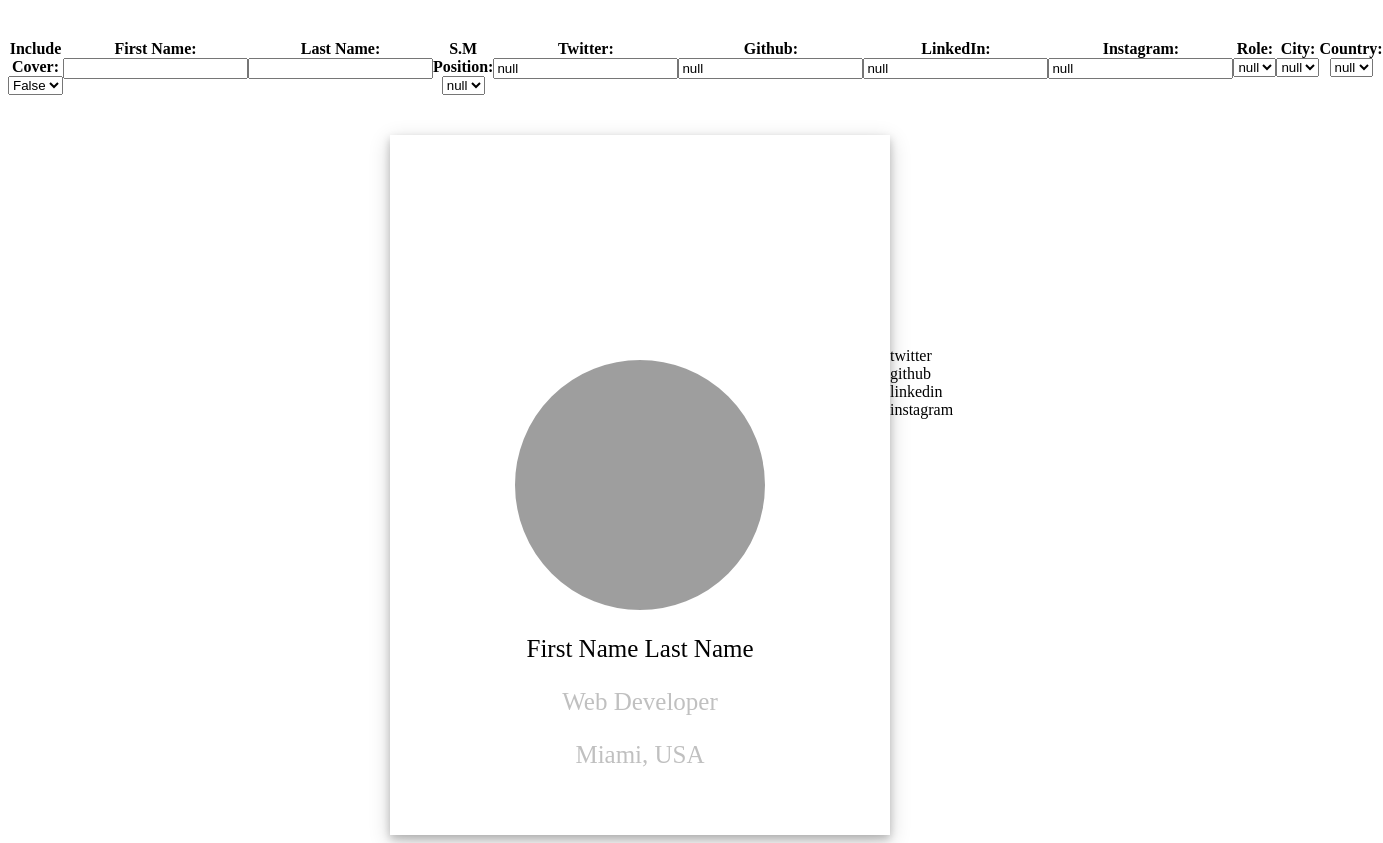
Repository: DJaye33/conditional-profile-card
Page: index.html
The author's editor kept a record of every edit. The page is drawn from the files as they stood at one moment, then again after the next edit.
The browser window is 1280 px wide. The page is 1383 px wide, so the pictures cover 1383 px, including what lies to the right of the window. The pictures show the whole page.
Pictures or frames that could not be fetched are drawn as grey boxes. Some web libraries are served in a nearby version.

Above is the page before.
Console error: TypeError: Cannot read properties of null (reading 'addEventListener')

### index.html
<!DOCTYPE html>
<html lang="en">

<head>
    <meta charset="UTF-8">
    <meta name="viewport" content="width=device-width, initial-scale=1.0">
    <meta http-equiv="X-UA-Compatible" content="ie=edge">
    <title>Conditional Profile Card</title>
    <script src="https://kit.fontawesome.com/d239cac0a2.js" crossorigin="anonymous"></script>
    <link rel="stylesheet" href="profileCard.css" type="text/css" />
</head>

<body>
    <div id='container'>

        <label for='cover-input'>
            Include Cover:
            <br />
            <select id='include-cover'>
                <option value='false'>False</option>
                <option value='true'>True</option>
            </select>
        </label>

        <label for='first-name'>
            First Name:
            <br />
            <input id='firstName' type='text' />
        </label>

        <label id='lastName' for='last-name'>
           Last Name:
            <br />
            <input type='text' />
        </label>

        <label for='cover-input'>
            S.M Position:
            <br />
            <select>
                <option>null</option>
            </select>
        </label>

        <label for='twitter'>
           Twitter:
            <br />
            <input value='null' type='text' />
        </label>

        <label for='Github'>
           Github:
            <br />
            <input value='null' type='text' />
        </label>

        <label for='LinkedIn'>
           LinkedIn:
            <br />
            <input value='null' type='text' />
        </label>

        <label for='Instagram'>
           Instagram:
            <br />
            <input value='null' type='text' />
        </label>

        <label for='role'>
            Role:
            <br />
            <select>
                <option>null</option>
            </select>
        </label>

        <label for='city'>
            City:
            <br />
            <select>
                <option>null</option>
            </select>
        </label>

        <label for='country'>
            Country:
            <br />
            <select>
                <option>null</option>
            </select>
        </label>
    </div>

    <div id='card-body'>
        <div id='user-image'>
        </div>
        <section id='upper-half'></section>
        <section id='lower-half'>
            <div id='text-block'>
                <span id='firstNameEl'>First Name</span>
                <span id='lastNameEl'>Last Name</span>
                <p class='mute-text'>Web Developer</p>
                <p class='mute-text'>Miami, USA</p>
            </div>
            <ul>
                <li>twitter</li>
                <li>github</li>
                <li>linkedin</li>
                <li>instagram</li>
            </ul>

    </div>

    </section>
    </div>

    <script src='profileCard.js'></script>
</body>

</html>

### profileCard.css
#container {
    display: flex;
    justify-content: space-around;
    margin-top: 40px;
    margin-bottom: 40px;
}

label {
    font-weight: bold;
    text-align: center;
}



#card-body {
    position: relative;
    background: white;
    margin: 0 auto;
    width: 500px;
    height: 700px;
    /*border-radius: 20px;*/
    box-shadow: 0 4px 8px 0 rgba(0, 0, 0, 0.2), 0 6px 20px 0 rgba(0, 0, 0, 0.19);
}

#user-image {
    background: url('https://images.unsplash.com/photo-1535713875002-d1d0cf377fde?ixlib=rb-1.2.1&ixid=eyJhcHBfaWQiOjEyMDd9&auto=format&fit=crop&w=500&q=60');
    background-size: contain;
    border: 5px solid white;
    border-radius: 50%;
    height: 250px;
    width: 250px;
    z-index: 99;
    position: absolute;
    margin: auto;
    top: 0;
    left: 0;
    right: 0;
    bottom: 0;
}

#upper-half {
    width: 100%;
    height: 50%;
}

.toggle-background {
    background: url('https://images.unsplash.com/photo-1570942872213-1242607a35eb?ixlib=rb-1.2.1&ixid=eyJhcHBfaWQiOjEyMDd9&auto=format&fit=crop&w=500&q=60') no-repeat;
    background-size: contain;

}

#lower-half {
    position: relative;
    background: white;
    width: 100%;
    height: 50%;
}

#text-block {
    font-size: 25px;
    margin: 0 auto;
    position: absolute;
    top: 0;
    left: 0;
    bottom: 0;
    right: 0;
    text-align: center;
    margin-top: 30%;
}

.mute-text {
    color: silver;
}

ul {
    position: absolute;
    list-style-type: none;
    margin-left: 100%;
    padding: 0;
    bottom: 400px;
}

#social-links {
    background: #48D1CC;
    font-size: 45px;
    text-align: center;
    color: white;
    width: 10%;
}

### profileCard.js
const firstNameInput = document.getElementById('firstName');
const fistNameEl = document.getElementById('firstNameEl');
const lastNameInput = document.getElementById('lastName');
const lastNameEl = document.getElementById('lastNameEl');
const includeCover = document.querySelector('#include-cover');
const upperHalf = document.querySelector('#upper-half');
const socialPosition = document.querySelector('#social-position')
const socialLinks = document.querySelector('#social-links');

// console.log(socialLinks);

// ***** changes firstname on card on change *****//
firstNameInput.addEventListener('change', (event) => {
    fistNameEl.textContent = event.target.value;
})

// ***** changes last name on card on change ***** //
lastNameInput.addEventListener('change', (event) => {
    lastNameEl.textContent = event.target.value;
})

// ***** toggle background ***** //
includeCover.addEventListener('change', event => {
    if (event.target.value === 'true') {
        upperHalf.classList.add('toggle-background')
    }else if (event.target.value === 'false') {
        upperHalf.classList.remove('toggle-background')
    }
})

socialPosition.addEventListener('change', event => {
    const socialLink = socialLinks.classList;

    if (event.target.value === 'right') {
        socialLink.remove('left')
        socialLink.add('right')
    }
    else if (event.target.value === 'left') {
        socialLink.remove('right')
        socialLink.add('left');
    }
})

After the next edit:
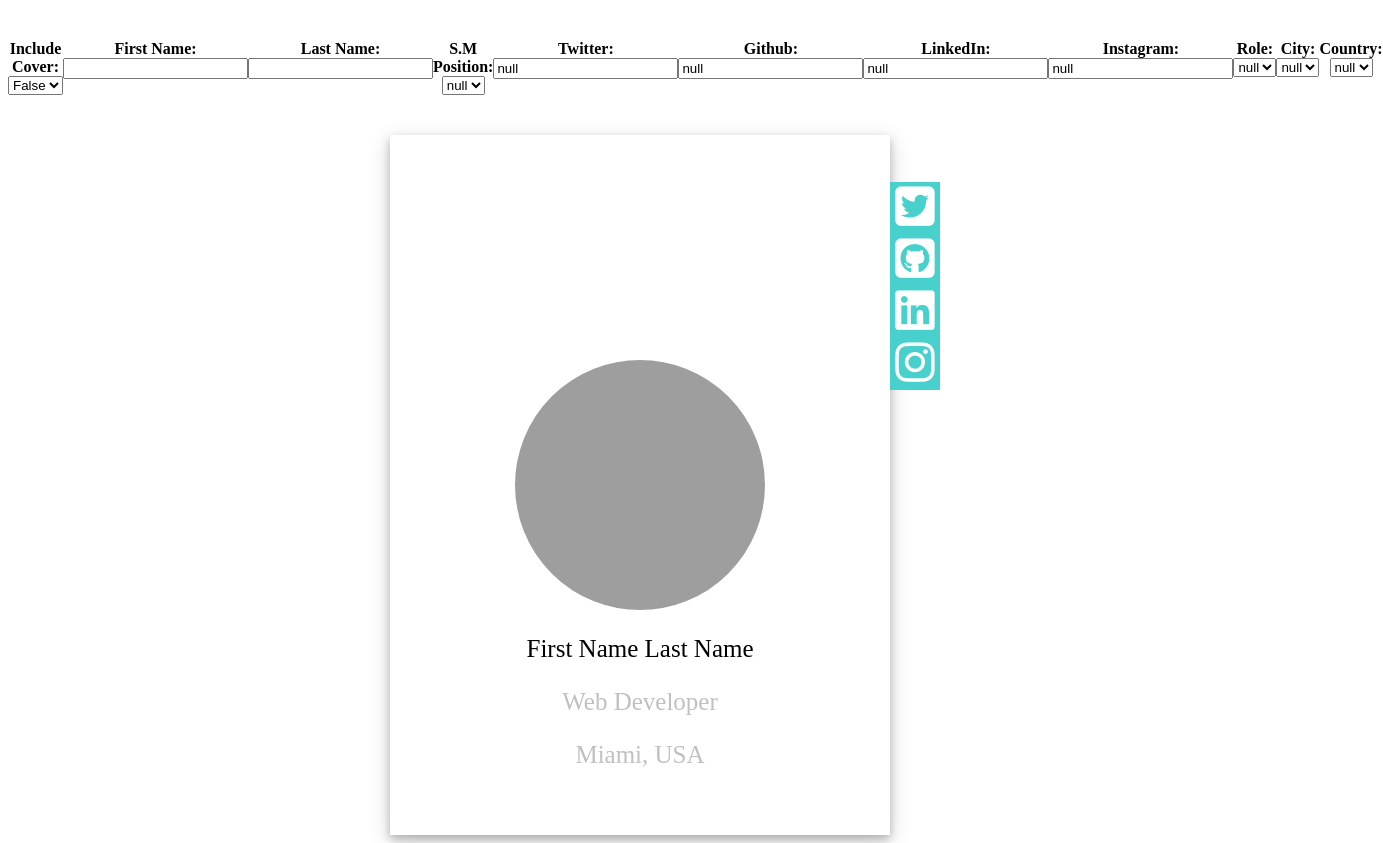
The edit:
--- a/index.html
+++ b/index.html
@@ -102,11 +102,11 @@
                 <p class='mute-text'>Web Developer</p>
                 <p class='mute-text'>Miami, USA</p>
             </div>
-            <ul>
-                <li>twitter</li>
-                <li>github</li>
-                <li>linkedin</li>
-                <li>instagram</li>
+            <ul id='social-links'>
+                <li><i class="fab fa-twitter-square"></i></li>
+                <li><i class="fab fa-github-square"></i></li>
+                <li><i class="fab fa-linkedin"></i></li>
+                <li><i class="fab fa-instagram"></i></li>
             </ul>
 
     </div>
